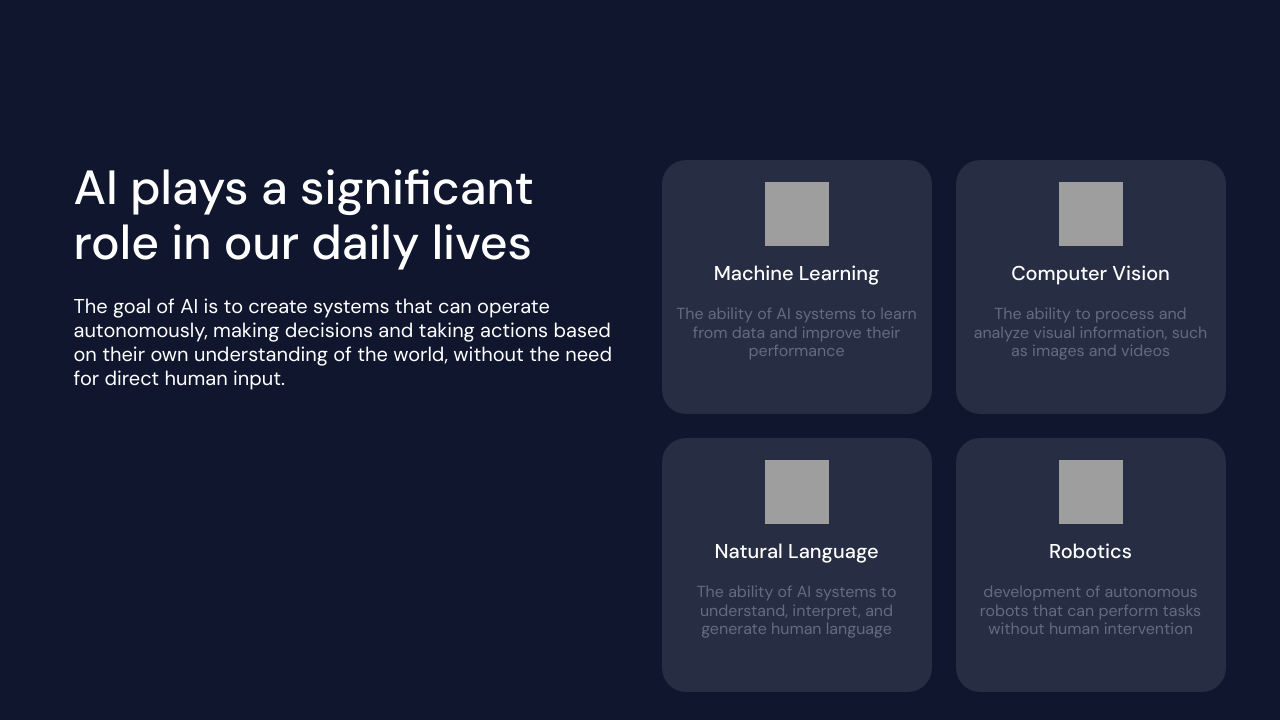
Repository: guli95/four-areas-of-AI-INVO-ACAdemy
Page: /
An editor plug-in stored every save of this project. The page is shown before and after the next save, followed by the edit.
The browser window is 1280 px wide. The pictures show the whole page.
Pictures or frames that could not be fetched are drawn as grey boxes. The project was rebuilt for these pictures with package versions that can differ from the ones it lists, and the page was loaded fresh each time.

Above is the page before, as saved 2023-03-13 15:44:14.

### index.html
<!DOCTYPE html>
<html lang="en">

<head>
  <meta charset="UTF-8" />
  <link rel="icon" type="image/svg+xml" href="/vite.svg" />
  <meta name="viewport" content="width=device-width, initial-scale=1.0" />
  <title>Four AI areas</title>
</head>

<!-- In order to start your challenge, remove all the content inside <div id="home-page"></div> and start coding :) -->

<body>
  <div id="home-page">
    <div class="flexbox-container">
      <div class="heading-wrapper">
        <h1 class="heading-title">AI plays a significant role in our daily lives</h1>
        <p class="heading-text">The goal of AI is to create systems that can operate autonomously, making decisions and taking actions based on their own understanding of the world, without the need for direct human input.</p>
      </div>
      <div class="card-container">
        <a href="" class="card-link">
        <div class="card">
          <img src="./public/images/card-icon1.png" alt="" class="card-img" role="presentation">
          <h3 class="card-title">Machine Learning</h3>
          <p class="card-text">The ability of AI systems to learn from data and improve their performance</p>
        </div>
        </a>
        <a href="" class="card-link">
        <div class="card">
          <img src="./public/images/card-icon2.png" alt="" class="card-img" role="presentation">
          <h3 class="card-title">Computer Vision</h3>
          <p class="card-text">The ability to process and analyze visual information, such as images and videos</p>
        </div>
        </a>
        <a href="" class="card-link">
        <div class="card">
          <img src="./public/images/card-icon3.png" alt="" class="card-img" role="presentation">
          <h3 class="card-title">Natural Language</h3>
          <p class="card-text">The ability of AI systems to understand, interpret, and generate human language</p>
        </div>
        </a>
        <a href="" class="card-link">
        <div class="card">
          <img src="./public/images/card-icon4.png" alt="" class="card-img" role="presentation">
          <h3 class="card-title">Robotics</h3>
          <p class="card-text">development of autonomous robots that can perform tasks without human intervention</p>
        </div>
        </a>
      </div>
    </div>
  </div>

  <script type="module" src="/src/global-scripts/main.js"></script>
</body>

</html>

### src/global-scripts/main.js
/// Main JavaScript File
/// Here we import all the global JavaScript files we need for our project.

import "../global-styles/style.scss";
import "../../src/pages/home-page/styles/home-page.scss";

### src/global-styles/style.scss
/// Main Styles File
/// Here we import all the global Styles files we need for our project.

@import "styles/normalize.scss";
@import "styles/root.scss";
@import "styles/fonts.scss";

body {
  font-family: 'DS sans', sans-serif;
  color: var(--color-primary);
}

p {
  color: var(--color-on-surface);
}

### src/pages/home-page/styles/home-page.scss
/// Homepage Styles File
/// Here we import all the Styles files we need for our Homepage.
@import '../../../global-styles/styles/_root.scss';

#home-page{
    color: var(--color-white);
    font-family: 'DM Sans',sans-serif;
    height: 100%;

 .flexbox-container{
    max-width: 1440px;
    padding: 0 20px;
    display: flex;
    justify-content: center;
    margin: 160px auto 0 auto;
    gap: 20px;
    @media screen and (max-width:1024px) {
        flex-direction:column;
        align-items: center;
        gap:24px;
    }
    @media screen and (max-width:480px) {
        padding: 48px 16px;
    }
    .heading-wrapper{
        font-family: "DM Sans", sans-serif;
        text-align: left ;
        vertical-align: top;
        max-width: 540px;
        padding-left: 47px;
        @media screen and (max-width:1024px) {
            width: 100%;
            padding: 0 16px;
        }
        .heading-title{
            font-size: var(--text-xl);
            font-weight: 500;
            line-height: 115%;
            letter-spacing: 0.2%;
            margin: 0 0 24px 0;
            @media screen and (max-width:1024px) {
                margin-bottom: 16px;
            }
            @media screen and (max-width:1024px) {
                font-size: var(--text-l);
            }
        }
        .heading-text{
            font-size: var(--text-m);
            line-height: 24px;
            font-weight: 300;

        }
        @media screen and (max-width:480px) {
            font-size: var(--text-s);
        }
    }
    .card-container{
        display: flex;
        justify-content: center;
        flex-wrap: wrap;
        gap: 24px;
        max-width: 620px;
        @media screen and (max-width:1024px) {
            width: 100%;
            gap:16px;
        }
        .card-link{
            display: flex;
            color: var(--color-white);
            text-decoration: none;
            flex-direction: column;
            // justify-content: space-evenly;
            align-items: center;
            max-width: 240px;
            max-width: 250px;
            min-height: 210px;
            padding: 22px 10px;
            background-color:var(--color-secondary-grey);
            text-align: center;
            border-radius: var(--rounding-big);
            transition: .2s;
            &:hover{
                background-color: lighten($color: #272D42, $amount: 10) ;
            }
            @media screen and (max-width:480px) {
                width: 100%;
            }
            .card-img{
                width: 64px;
                height: 64px;
                @media screen and (max-width:1024px) {
                    width: 56px;
                    height: 56px;
                }
            }
            .card-title{
                font-size: var(--text-m);
                font-weight: 500;
                margin-top: 12px;
            }
            .card-text{
                font-size: var(--text-s);
                mix-blend-mode:soft-light;
                @media screen and (max-width:1024px) {
                    font-size: var(--text-xs);
                }
            }
        }

    }
}

}

### src/global-styles/styles/normalize.scss
/*! normalize.css v8.0.1 | MIT License | github.com/necolas/normalize.css */

/* Document
   ========================================================================== */

/**
 * 1. Correct the line height in all browsers.
 * 2. Prevent adjustments of font size after orientation changes in iOS.
 */

html {
  line-height: 1.15; /* 1 */
  -webkit-text-size-adjust: 100%; /* 2 */
  background-color: var(--color-primary-dark-blue);
}

/* Sections
   ========================================================================== */

/**
 * Remove the margin in all browsers.
 */

body {
  margin: 0;
}

/**
 * Render the `main` element consistently in IE.
 */

main {
  display: block;
}

/**
 * Correct the font size and margin on `h1` elements within `section` and
 * `article` contexts in Chrome, Firefox, and Safari.
 */

h1 {
  font-size: 2em;
  margin: 0.67em 0;
}

/* Grouping content
   ========================================================================== */

/**
 * 1. Add the correct box sizing in Firefox.
 * 2. Show the overflow in Edge and IE.
 */

hr {
  box-sizing: content-box; /* 1 */
  height: 0; /* 1 */
  overflow: visible; /* 2 */
}

/**
 * 1. Correct the inheritance and scaling of font size in all browsers.
 * 2. Correct the odd `em` font sizing in all browsers.
 */

pre {
  font-family: monospace, monospace; /* 1 */
  font-size: 1em; /* 2 */
}

/* Text-level semantics
   ========================================================================== */

/**
 * Remove the gray background on active links in IE 10.
 */

a {
  background-color: transparent;
}

/**
 * 1. Remove the bottom border in Chrome 57-
 * 2. Add the correct text decoration in Chrome, Edge, IE, Opera, and Safari.
 */

abbr[title] {
  border-bottom: none; /* 1 */
  text-decoration: underline; /* 2 */
  text-decoration: underline dotted; /* 2 */
}

/**
 * Add the correct font weight in Chrome, Edge, and Safari.
 */

b,
strong {
  font-weight: bolder;
}

/**
 * 1. Correct the inheritance and scaling of font size in all browsers.
 * 2. Correct the odd `em` font sizing in all browsers.
 */

code,
kbd,
samp {
  font-family: monospace, monospace; /* 1 */
  font-size: 1em; /* 2 */
}

/**
 * Add the correct font size in all browsers.
 */

small {
  font-size: 80%;
}

/**
 * Prevent `sub` and `sup` elements from affecting the line height in
 * all browsers.
 */

sub,
sup {
  font-size: 75%;
  line-height: 0;
  position: relative;
  vertical-align: baseline;
}

sub {
  bottom: -0.25em;
}

sup {
  top: -0.5em;
}

/* Embedded content
   ========================================================================== */

/**
 * Remove the border on images inside links in IE 10.
 */

img {
  border-style: none;
}

/* Forms
   ========================================================================== */

/**
 * 1. Change the font styles in all browsers.
 * 2. Remove the margin in Firefox and Safari.
 */

button,
input,
optgroup,
select,
textarea {
  font-family: inherit; /* 1 */
  font-size: 100%; /* 1 */
  line-height: 1.15; /* 1 */
  margin: 0; /* 2 */
}

/**
 * Show the overflow in IE.
 * 1. Show the overflow in Edge.
 */

button,
input { /* 1 */
  overflow: visible;
}

/**
 * Remove the inheritance of text transform in Edge, Firefox, and IE.
 * 1. Remove the inheritance of text transform in Firefox.
 */

button,
select { /* 1 */
  text-transform: none;
}

/**
 * Correct the inability to style clickable types in iOS and Safari.
 */

button,
[type="button"],
[type="reset"],
[type="submit"] {
  -webkit-appearance: button;
}

/**
 * Remove the inner border and padding in Firefox.
 */

button::-moz-focus-inner,
[type="button"]::-moz-focus-inner,
[type="reset"]::-moz-focus-inner,
[type="submit"]::-moz-focus-inner {
  border-style: none;
  padding: 0;
}

/**
 * Restore the focus styles unset by the previous rule.
 */

button:-moz-focusring,
[type="button"]:-moz-focusring,
[type="reset"]:-moz-focusring,
[type="submit"]:-moz-focusring {
  outline: 1px dotted ButtonText;
}

/**
 * Correct the padding in Firefox.
 */

fieldset {
  padding: 0.35em 0.75em 0.625em;
}

/**
 * 1. Correct the text wrapping in Edge and IE.
 * 2. Correct the color inheritance from `fieldset` elements in IE.
 * 3. Remove the padding so developers are not caught out when they zero out
 *    `fieldset` elements in all browsers.
 */

legend {
  box-sizing: border-box; /* 1 */
  color: inherit; /* 2 */
  display: table; /* 1 */
  max-width: 100%; /* 1 */
  padding: 0; /* 3 */
  white-space: normal; /* 1 */
}

/**
 * Add the correct vertical alignment in Chrome, Firefox, and Opera.
 */

progress {
  vertical-align: baseline;
}

/**
 * Remove the default vertical scrollbar in IE 10+.
 */

textarea {
  overflow: auto;
}

/**
 * 1. Add the correct box sizing in IE 10.
 * 2. Remove the padding in IE 10.
 */

[type="checkbox"],
[type="radio"] {
  box-sizing: border-box; /* 1 */
  padding: 0; /* 2 */
}

/**
 * Correct the cursor style of increment and decrement buttons in Chrome.
 */

[type="number"]::-webkit-inner-spin-button,
[type="number"]::-webkit-outer-spin-button {
  height: auto;
}

/**
 * 1. Correct the odd appearance in Chrome and Safari.
 * 2. Correct the outline style in Safari.
 */

[type="search"] {
  -webkit-appearance: textfield; /* 1 */
  outline-offset: -2px; /* 2 */
}

/**
 * Remove the inner padding in Chrome and Safari on macOS.
 */

[type="search"]::-webkit-search-decoration {
  -webkit-appearance: none;
}

/**
 * 1. Correct the inability to style clickable types in iOS and Safari.
 * 2. Change font properties to `inherit` in Safari.
 */

::-webkit-file-upload-button {
  -webkit-appearance: button; /* 1 */
  font: inherit; /* 2 */
}

/* Interactive
   ========================================================================== */

/*
 * Add the correct display in Edge, IE 10+, and Firefox.
 */

details {
  display: block;
}

/*
 * Add the correct display in all browsers.
 */

summary {
  display: list-item;
}

/* Misc
   ========================================================================== */

/**
 * Add the correct display in IE 10+.
 */

template {
  display: none;
}

/**
 * Add the correct display in IE 10.
 */

[hidden] {
  display: none;
}

### src/global-styles/styles/root.scss
/// Root Styles file
/// Here we define all the root variables we need for our project.
/// For examples see Material Design color system: https://m2.material.io/design/color/the-color-system.html

:root {
    $--color-primary-dark-blue: #0F162D !global;
    --color-primary-pink: #CA59FF;
    --color-primary-purple: #6C7CFF;
    --color-primary-green: #2AFFFF;
    --color-primary-yellow: #FFF629;
    --color-white: #FFFFFF;
    --color-black: #000;
    --color-secondary-grey:#272D42;

}

### src/global-styles/styles/fonts.scss
/// Main Fonts File
/// Here we import all the fonts files we need for our project.

@import url('https://fonts.googleapis.com/css2?family=Roboto:ital,wght@0,100;0,300;0,400;0,500;0,700;0,900;1,100;1,300;1,400;1,500;1,700;1,900&display=swap');
@import url('https://fonts.googleapis.com/css2?family=DM+Sans:wght@400;500&display=swap');

### src/global-styles/styles/_root.scss
/// Root Styles file
/// Here we define all the root variables we need for our project.
/// For examples see Material Design color system: https://m2.material.io/design/color/the-color-system.html

:root {
    //colors
    --color-primary-dark-blue: #0F162D ;
    --color-primary-pink: #CA59FF;
    --color-primary-purple: #6C7CFF;
    --color-primary-green: #2AFFFF;
    --color-primary-yellow: #FFF629;
    --color-white: #FFFFFF;
    --color-black: #000;
    --color-secondary-grey:#272D42;

    //font-size
    --text-xl:48px;
    --text-l:32px;
    --text-m:20px;
    --text-s:16px;
    --text-xs:14px;

    //rounding
    --rounding-big:24px;
    --rounding-small:16px;
}

After the next save:
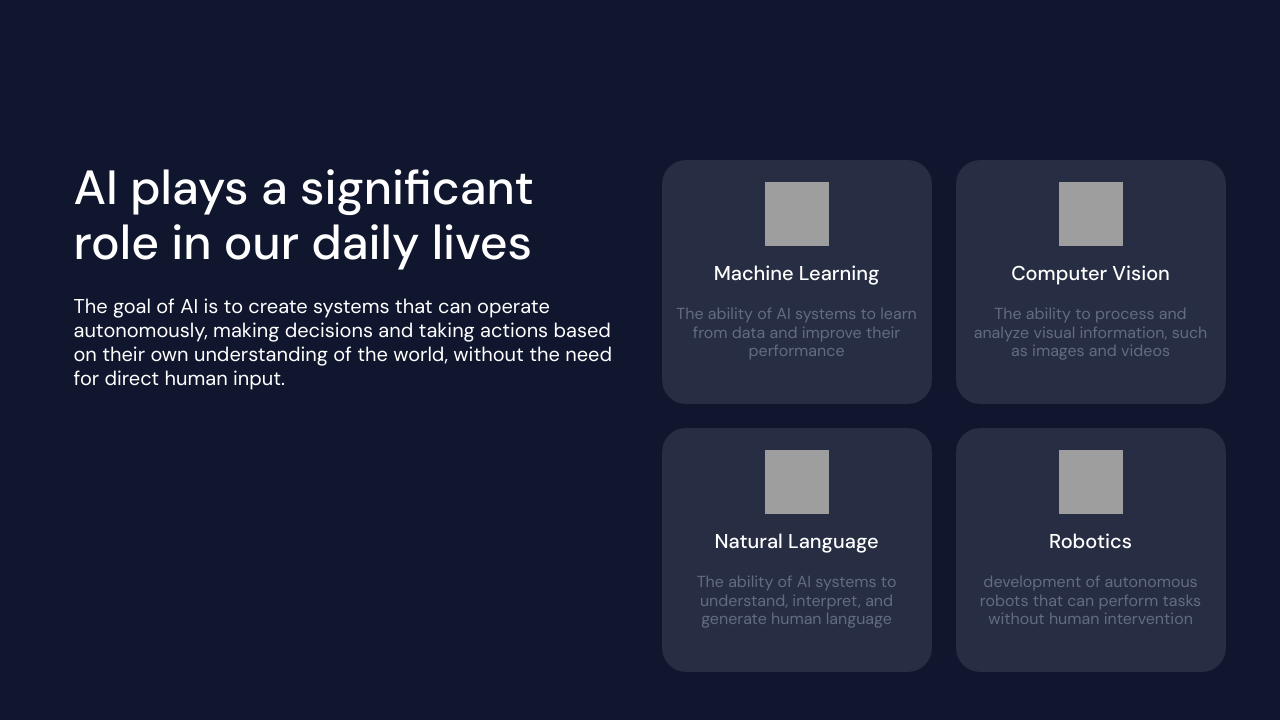
Saved 4 s later.
--- a/src/pages/home-page/styles/home-page.scss
+++ b/src/pages/home-page/styles/home-page.scss
@@ -74,7 +74,7 @@
             align-items: center;
             max-width: 240px;
             max-width: 250px;
-            min-height: 210px;
+            min-height: 200px;
             padding: 22px 10px;
             background-color:var(--color-secondary-grey);
             text-align: center;
